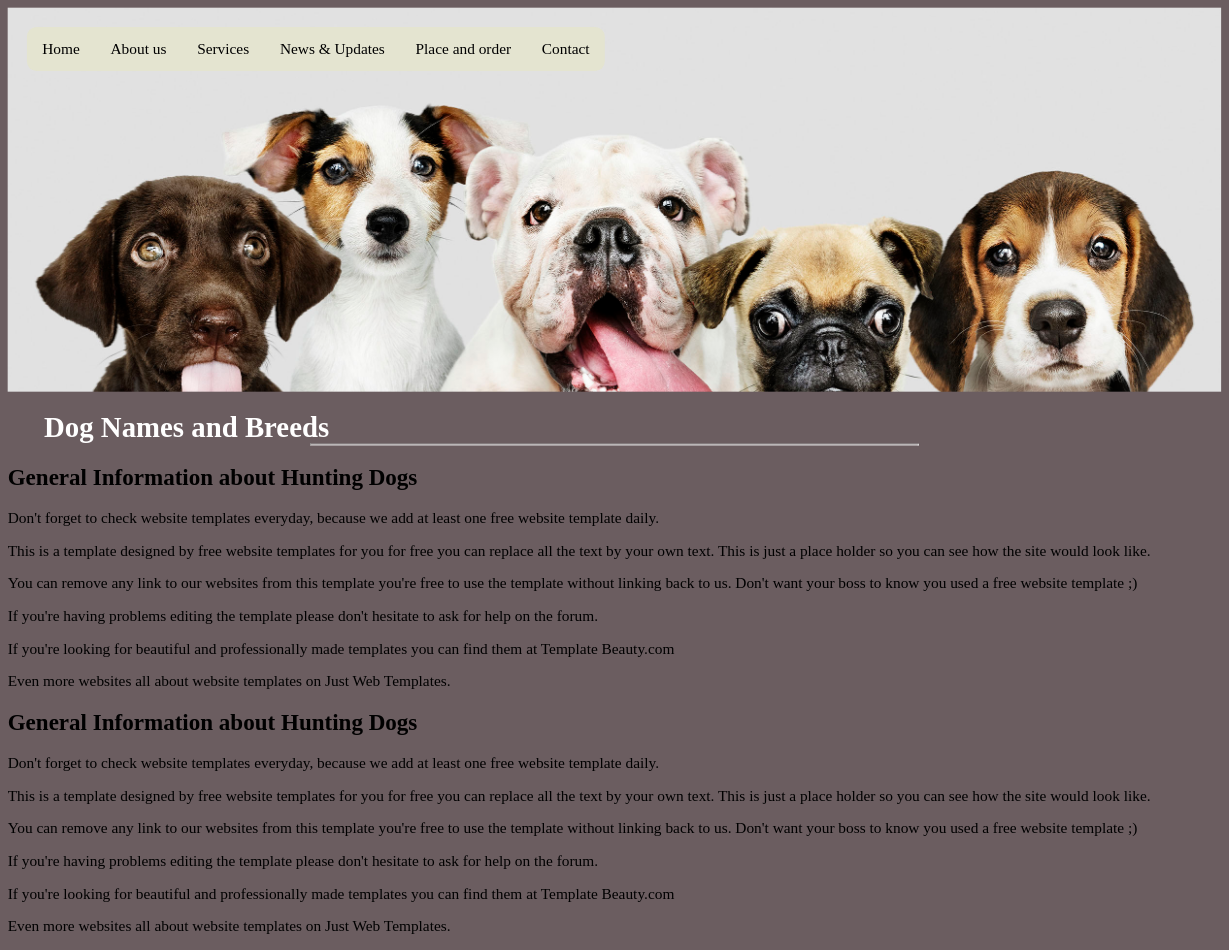
Repository: Tayma-Kazmouz/labwork
Page: index.html
These files come from the project's save history. The page is drawn as it stood at one moment and after the next save; the edit follows.
The browser window is 1280 px wide. The pictures show the whole page, at 96% of full size.

Above is the page before, as saved 2022-04-04 16:39:48.

### index.html
<!DOCTYPE html>
<html lang="en">
<head>
    <meta charset="UTF-8">
    <meta http-equiv="X-UA-Compatible" content="IE=edge">
    <meta name="viewport" content="width=device-width, initial-scale=1.0">
    <title>LabWork1</title>
    <link rel="stylesheet" href="styles.css">
</head>
<body>
    <div class="banner">
          <div class="nav">
            <ul>
                <li><a class="active" href="#">Home</a></li>
                <li><a href="#">About us</a></li>
                <li><a href="#">Services</a></li>
                <li><a href="#">News & Updates</a></li>
                <li><a href="#">Place and order</a></li>
                <li><a href="#">Contact</a></li>
            </ul>
        </div>
      </div>
      <h1>Dog Names and Breeds</h1>
      <hr style="margin-top: 0px; width: 50%;">
      <div class="container-one">

          <h2>General Information about Hunting Dogs</h2>
          <p>Don't forget to check website templates everyday, because we add at least one free website template daily.</p>
          <p>This is a template designed by free website templates for you for free you can replace all the text by your own text. This is just a place holder so you can see how the site would look like.</p>
          <p>You can remove any link to our websites from this template you're free to use the template without linking back to us. Don't want your boss to know you used a free website template ;)</p>
          <p>If you're having problems editing the template please don't hesitate to ask for help on the forum.</p>
          <p>If you're looking for beautiful and professionally made templates you can find them at Template Beauty.com</p>
          <p>Even more websites all about website templates on Just Web Templates.</p>

          <h2>General Information about Hunting Dogs</h2>
          <p>Don't forget to check website templates everyday, because we add at least one free website template daily.</p>
          <p>This is a template designed by free website templates for you for free you can replace all the text by your own text. This is just a place holder so you can see how the site would look like.</p>
          <p>You can remove any link to our websites from this template you're free to use the template without linking back to us. Don't want your boss to know you used a free website template ;)</p>
          <p>If you're having problems editing the template please don't hesitate to ask for help on the forum.</p>
          <p>If you're looking for beautiful and professionally made templates you can find them at Template Beauty.com</p>
          <p>Even more websites all about website templates on Just Web Templates.</p>
      </div>
</body>
</html>

### styles.css
body{
    background-color: rgb(107, 93, 96);
}

.banner{
    background-image: url(images/banner.jpg);
    height: 400px;
    position: relative;
    background-position: center;
    background-repeat: no-repeat;
    background-size: cover;
}

.nav{
    background-color: rgb(228, 228, 208);
    border-radius: 10px;
    width: auto;
    position: absolute;
    margin: 20px;
}
ul {
    list-style-type: none;
    margin: 0;
    padding: 0;
    overflow: hidden;
  }

  li {
    float: left;
  }

  li a {
    display: block;
    color: black;
    text-align: center;
    padding: 14px 16px;
    text-decoration: none;
  }

h1{
    color: white;
    font-weight: 600px;
    font-size: 30px;
    margin-bottom: 0;
    margin-left: 3%;
}

After the next save:
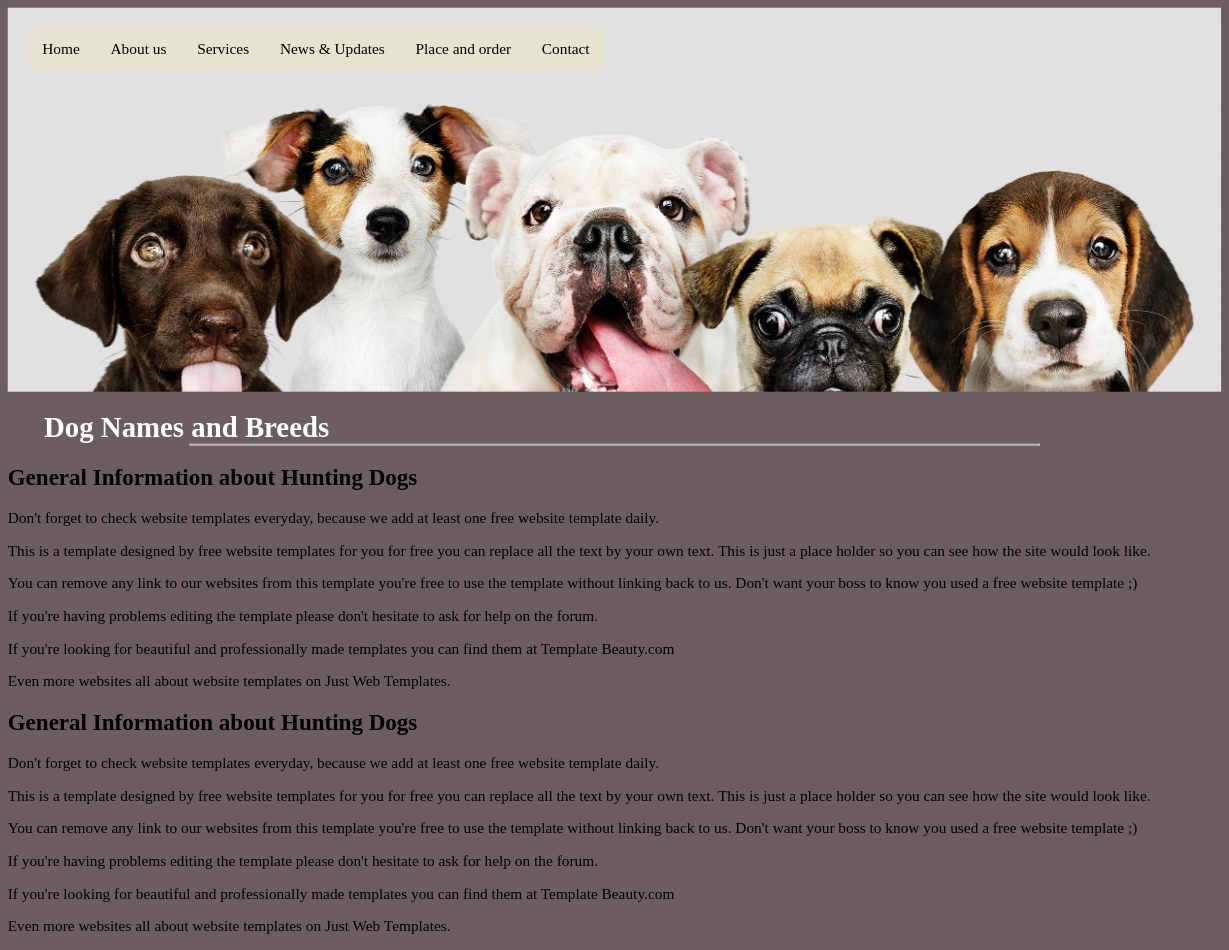
Saved 9 s later.
--- a/index.html
+++ b/index.html
@@ -21,7 +21,7 @@
         </div>
       </div>
       <h1>Dog Names and Breeds</h1>
-      <hr style="margin-top: 0px; width: 50%;">
+      <hr style="margin-top: 0px; width: 70%;">
       <div class="container-one">
 
           <h2>General Information about Hunting Dogs</h2>
